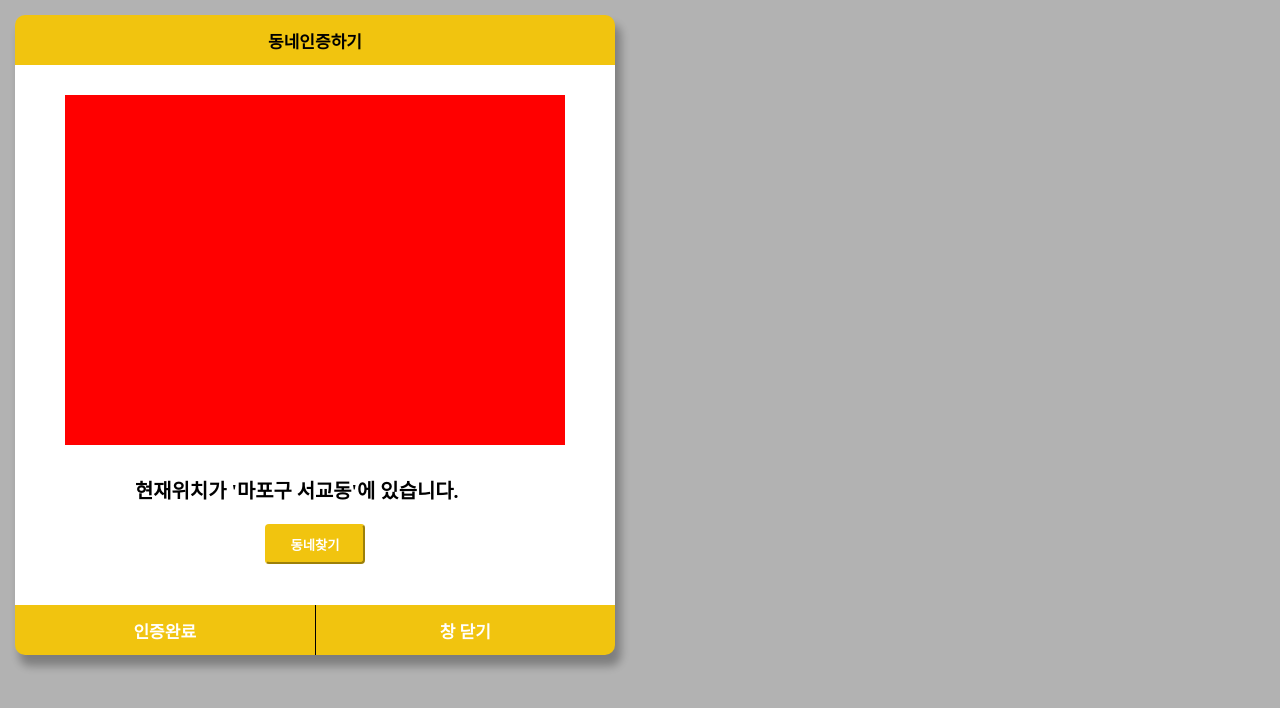
Repository: Corn-Market/Front-end
Page: http://localhost/CornMarket/resources/views/popup_profile_mytown.jsp
An editor plug-in stored every save of this project. The page is shown before and after the next save, followed by the edit.
The browser window is 1280 px wide. The pictures show the whole page.
The page is served by Tomcat 9.

Above is the page before, as saved 2022-12-19 06:15:12.

After the next save:
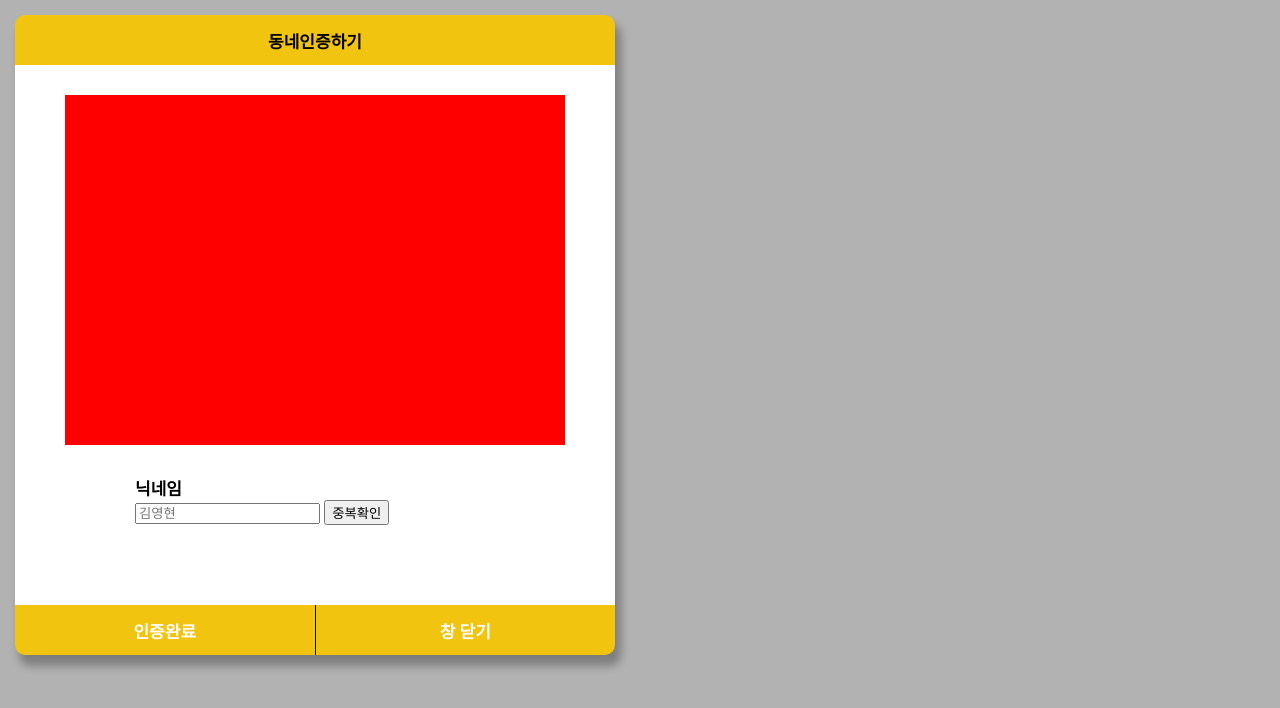
Saved 88 s later.
--- a/CornMarket/src/main/webapp/resources/views/popup_profile_mytown.jsp
+++ b/CornMarket/src/main/webapp/resources/views/popup_profile_mytown.jsp
@@ -7,7 +7,7 @@
 <head>
 <meta charset="EUC-KR">
 <title>Insert title here</title>
-<link rel="stylesheet" href="${path}/resources/css/popup_mytown.css"/>
+<link rel="stylesheet" href="${path}/resources/css/popup_update.css"/>
 <script src="https://ajax.googleapis.com/ajax/libs/jquery/3.5.1/jquery.min.js"></script><script src="https://ajax.googleapis.com/ajax/libs/jquery/3.5.1/jquery.min.js"></script>
 </head>
 <body>
@@ -22,8 +22,11 @@
                 <div class="body-titlebox">
                 </div>
                 <div class="body-contentbox">
-                	<h3>현재위치가 '마포구 서교동'에 있습니다.</h3>
-                  	<input type="button" class="search_btn" value="동네찾기">
+                	<div class="up_main">
+                <div class="up_title">닉네임</div>
+                <input type="text" placeholder="김영현" class="update_nickname">
+                <input type="button" value="중복확인" class="double_check">
+            </div>
                 </div>
               </div>
             </div>
